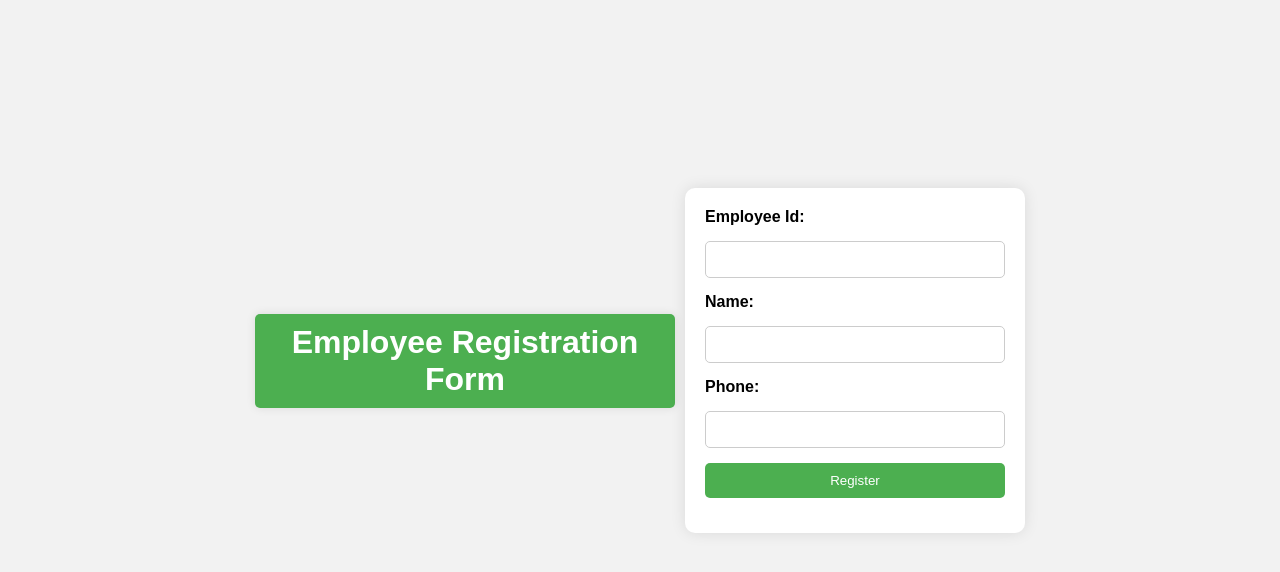
Repository: Akshay1416/Spring_MVC-Hiberneat-Project
Page: http://localhost/employee-mvc/register.jsp
An editor plug-in stored every save of this project. The page is shown before and after the next save, followed by the edit.
The browser window is 1280 px wide. The pictures show the whole page.
The page is served by Tomcat 9.

Above is the page before, as saved 2024-10-15 14:14:00.

After the next save:
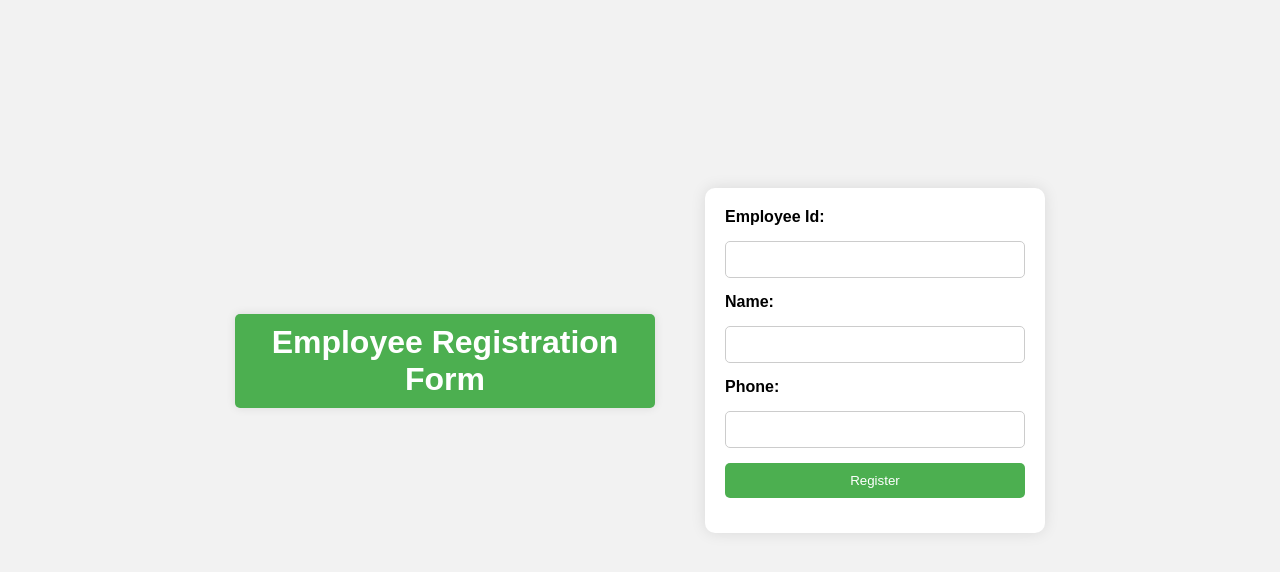
Saved 18 s later.
--- a/employee-mvc/src/main/webapp/register.jsp
+++ b/employee-mvc/src/main/webapp/register.jsp
@@ -27,7 +27,7 @@
             width: 100%;
             max-width: 400px;
             box-shadow: 0 0 10px rgba(0, 0, 0, 0.1);
-            margin-right: 10px;
+            margin-right: 50px;
         }
 
         form {
